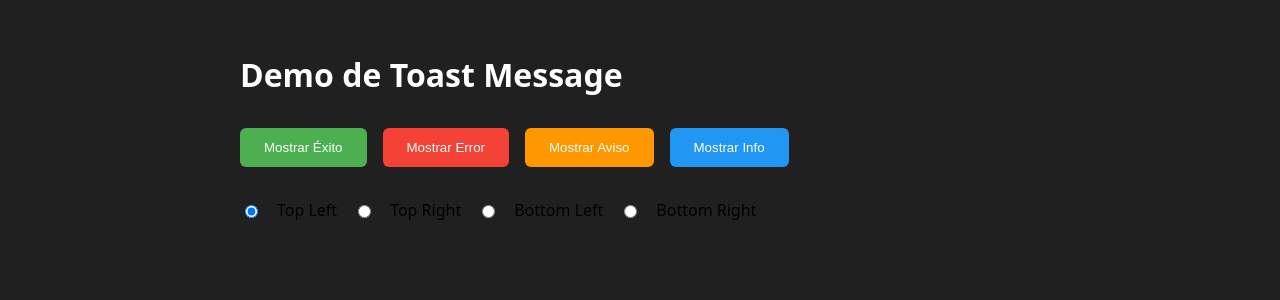
Repository: aitorcachero/aicadev-toast-message
Page: index.html
An editor plug-in stored every save of this project. The page is shown before and after the next save, followed by the edit.
The browser window is 1280 px wide. The pictures show the whole page.

Above is the page before, as saved 2025-05-22 17:03:11.

### index.html
<!DOCTYPE html>
<html lang="es">

<head>
  <meta charset="UTF-8" />
  <title>Toast Message Demo</title>
  <style>
    body {
      font-family: system-ui, -apple-system, sans-serif;
      max-width: 800px;
      margin: 0 auto;
      padding: 2rem;
      background-color: rgb(32, 32, 32);
    }

    h1 {
      color: white;
    }

    .button-group {
      display: flex;
      gap: 1rem;
      flex-wrap: wrap;
      margin: 2rem 0;
    }

    button {
      padding: 0.75rem 1.5rem;
      border: none;
      border-radius: 6px;
      cursor: pointer;
      font-weight: 500;
      transition: all 0.2s;
    }

    button:hover {
      transform: translateY(-2px);
    }

    .success {
      background: #4caf50;
      color: white;
    }

    .error {
      background: #f44336;
      color: white;
    }

    .warning {
      background: #ff9800;
      color: white;
    }

    .info {
      background: #2196f3;
      color: white;
    }
  </style>
</head>

<body>
  <h1>Demo de Toast Message</h1>

  <div class="button-group">
    <button class="success"
      onclick="showToast('¡Operación completada con éxito!', 'success', 3000, 'bottom-right', true)">
      Mostrar Éxito
    </button>

    <button class="error" onclick="showToast('Ha ocurrido un error', 'error', 4000, 'bottom-right', true)">
      Mostrar Error
    </button>

    <button class="warning" onclick="showToast('Advertencia: Acción pendiente', 'warning', 3000, 'bottom-right', true)">
      Mostrar Aviso
    </button>

    <button class="info" onclick="showToast('Información importante', 'info', 3000, 'bottom-right', true)">
      Mostrar Info
    </button>
  </div>

  <div class="button-group">
    <input type="radio" id="top-left" name="position" value="top-left" checked>
    <label for="top-left">Top Left</label>
    <input type="radio" id="top-right" name="position" value="top-right">
    <label for="top-right">Top Right</label>
    <input type="radio" id="bottom-left" name="position" value="bottom-left">
    <label for="bottom-left">Bottom Left</label>
    <input type="radio" id="bottom-right" name="position" value="bottom-right">
    <label for="bottom-right">Bottom Right</label>
  </div>


  <script type="module">
    import './src/toast-message.js';

    window.showToast = function (message, type = 'info', duration = 3000, position = 'top-right', closeable = false) {
      const toast = document.createElement('toast-message');
      toast.innerHTML = message;
      toast.setAttribute('type', type);
      toast.setAttribute('duration', duration);
      toast.setAttribute('position', position);
      if (closeable) {
        toast.setAttribute('closeable', '');
      }
      document.body.appendChild(toast);
    };
  </script>
</body>

</html>

### src/toast-message.js
export class ToastMessage extends HTMLElement {
  static toasts = {
    'top-right': [],
    'top-left': [],
    'top-center': [],
    'bottom-right': [],
    'bottom-left': [],
    'bottom-center': [],
  };

  constructor() {
    super();
    this.attachShadow({ mode: 'open' });
  }

  connectedCallback() {
    const type = this.getAttribute('type') || 'info';
    const duration = parseInt(this.getAttribute('duration')) || 3000;
    const position = this.getAttribute('position') || 'top-right';
    const message = this.innerHTML;
    const closeable = this.hasAttribute('closeable');

    // Configurar posición inicial
    this.style.position = 'fixed';
    this.style.zIndex = '9999';

    // Reducido el espacio entre toasts a 60px (40px del toast + 20px de espacio)
    if (position.includes('bottom')) {
      const bottomOffset = 20 + ToastMessage.toasts[position].length * 60;
      this.style.bottom = `${bottomOffset}px`;
    } else {
      const topOffset = 20 + ToastMessage.toasts[position].length * 60;
      this.style.top = `${topOffset}px`;
    }

    // Posicionamiento horizontal
    if (position.includes('left')) {
      this.style.left = '20px';
    } else if (position.includes('right')) {
      this.style.right = '20px';
    } else {
      this.style.left = '50%';
      this.style.transform = 'translateX(-50%)';
    }

    // Añadir al array
    ToastMessage.toasts[position].push(this);

    const colors = {
      success: '#4caf50',
      error: '#f44336',
      warning: '#ff9800',
      info: '#2196f3',
    };

    const icon = {
      success: '✔️',
      error: '❌',
      warning: '⚠️',
      info: 'ℹ️',
    };

    const style = `
      :host {
        display: block;
        opacity: 0;
        animation: fadeIn 0.3s ease-out forwards;
      }

      .toast {
        background: ${colors[type]};
        color: white;
        padding: 0.75rem 1rem; /* Reducido el padding vertical */
        margin: 0.25rem 0; /* Reducido el margen */
        border-radius: 8px;
        box-shadow: 0 4px 12px rgba(0, 0, 0, 0.2);
        font-family: system-ui, -apple-system, sans-serif;
        font-size: 0.9rem;
        min-width: 250px;
        max-width: 350px;
        display: flex;
        align-items: center;
        justify-content: space-between;
        opacity: 0.95;
        transition: all 0.3s ease;
      }

      .toast.fade-out {
        opacity: 0;
        transform: translateX(${position.includes('right') ? '100%' : '-100%'});
      }

      .toast:hover {
        opacity: 1;
        box-shadow: 0 6px 16px rgba(0, 0, 0, 0.3);
      }

      .content {
        display: flex;
        align-items: center;
        gap: 8px;
        flex: 1;
      }

      .close-btn {
        background: none;
        border: none;
        color: white;
        cursor: pointer;
        padding: 0 4px;
        font-size: 1.2rem;
        opacity: 0.7;
        transition: opacity 0.2s;
      }

      .close-btn:hover {
        opacity: 1;
      }

      @keyframes fadeIn {
        from {
          opacity: 0;
          transform: translateX(${
            position.includes('right') ? '100%' : '-100%'
          });
        }
        to {
          opacity: 1;
          transform: translateX(0);
        }
      }
    `;

    const closeButton = closeable
      ? '<button class="close-btn" aria-label="Cerrar notificación">×</button>'
      : '';

    this.shadowRoot.innerHTML = `
      <style>${style}</style>
      <div class="toast" role="alert" aria-live="polite">
        <div class="content">
          <span aria-hidden="true">${icon[type]}</span>
          <span>${message}</span>
        </div>
        ${closeButton}
      </div>
    `;

    if (closeable) {
      this.shadowRoot
        .querySelector('.close-btn')
        .addEventListener('click', () => {
          this.startRemoval();
        });
    }

    if (duration !== 0) {
      setTimeout(() => this.startRemoval(), duration);
    }
  }

  startRemoval() {
    const toast = this.shadowRoot.querySelector('.toast');
    const position = this.getAttribute('position') || 'top-right';

    toast.classList.add('fade-out');

    setTimeout(() => {
      const index = ToastMessage.toasts[position].indexOf(this);
      if (index > -1) {
        ToastMessage.toasts[position].splice(index, 1);
        this.remove();
        this.updateRemainingToasts(position);
      }
    }, 300);
  }

  updateRemainingToasts(position) {
    const toasts = ToastMessage.toasts[position];
    toasts.forEach((toast, i) => {
      if (position.includes('bottom')) {
        toast.style.bottom = `${20 + i * 60}px`; // Actualizado el espaciado
      } else {
        toast.style.top = `${20 + i * 60}px`; // Actualizado el espaciado
      }
    });
  }

  disconnectedCallback() {
    const closeBtn = this.shadowRoot.querySelector('.close-btn');
    if (closeBtn) {
      closeBtn.removeEventListener('click', () => this.startRemoval());
    }
  }
}

if (!customElements.get('toast-message')) {
  customElements.define('toast-message', ToastMessage);
}

After the next save:
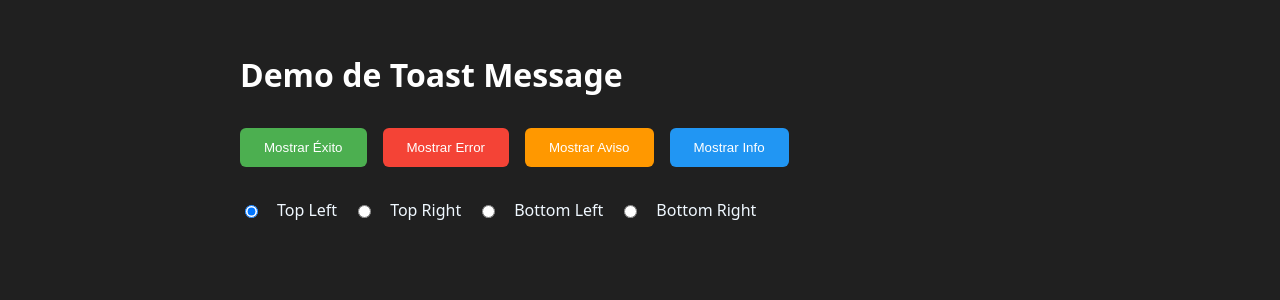
Saved 11 s later.
--- a/index.html
+++ b/index.html
@@ -81,7 +81,7 @@
     </button>
   </div>
 
-  <div class="button-group">
+  <div class="button-group" style="color: aliceblue;">
     <input type="radio" id="top-left" name="position" value="top-left" checked>
     <label for="top-left">Top Left</label>
     <input type="radio" id="top-right" name="position" value="top-right">
